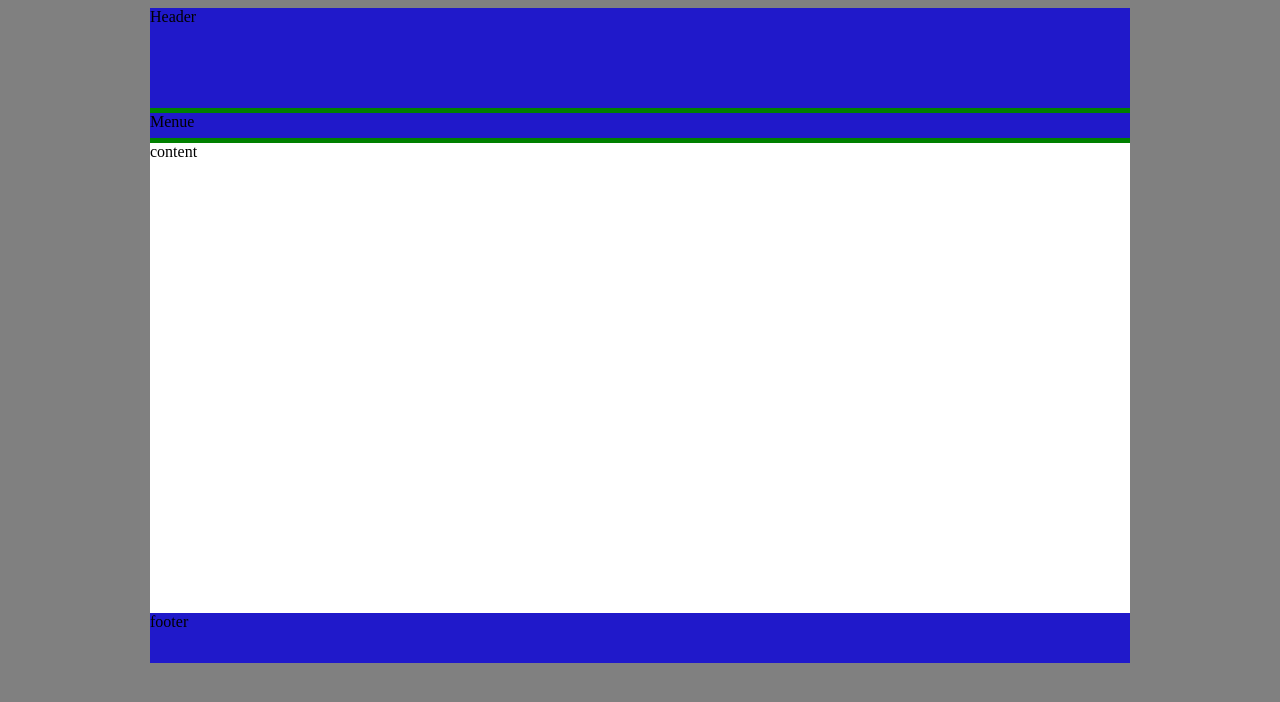
Repository: WebtechTeam7/RentMyStuff
Page: Code/Homepage_Test1/WebContent/META-INF/Index.html
An editor plug-in stored every save of this project. The page is shown before and after the next save, followed by the edit.
The browser window is 1280 px wide. The pictures show the whole page.

Above is the page before, as saved 2014-10-16 14:24:51.

### Code/Homepage_Test1/WebContent/META-INF/Index.html
<!DOCTYPE HTML PUBLIC "-//W3C//DTD HTML 4.01 Transitional//EN" "http://www.w3.org/TR/html4/loose.dtd">
<html>
<head>
<title>Verschenk's Konstanz</title>
<meta name="description"
	content="Die Homepage dient dazu Dinge in Konstanz zu verschenken">
<meta name="keywords" content="Konstanz Verschenken ">
<meta name="author" content="Dennis">
<meta charset="UTF-8">
<link rel="stylesheet" type="text/css" href="Mystyle.css">
</head>
<body>


	<div id="wrapper">
		<div id="header">Header</div>

		<div id="menue">Menue</div>

		<div id="content">content</div>
	</div>

	<div id="footer">footer</div>



</body>
</noframes>
</frameset>
</html>

### Code/Homepage_Test1/WebContent/META-INF/Mystyle.css
body{
	background-color: grey;
}
#wrapper{
 margin-left:auto;
 margin-right:auto;
 background-color:green;
 width:980px;
 height:600px;
}

#header{
 width:100%;
 height:100px;
 background-color:#2019CA;
 margin-bottom: 5px;
 }

#menue{
 width:100%;;
 height:25px;
 background-color:#2019CA;
 margin-bottom: 5px;
 }

#content{
 width:100%;
 height:500px;
 background-color: white;
 }

 #footer{
 width:980px;
 height:50px;
 background-color:#2019CA;
 margin-left:auto;
 margin-right:auto;
 margin-top: 5px;

 }

After the next save:
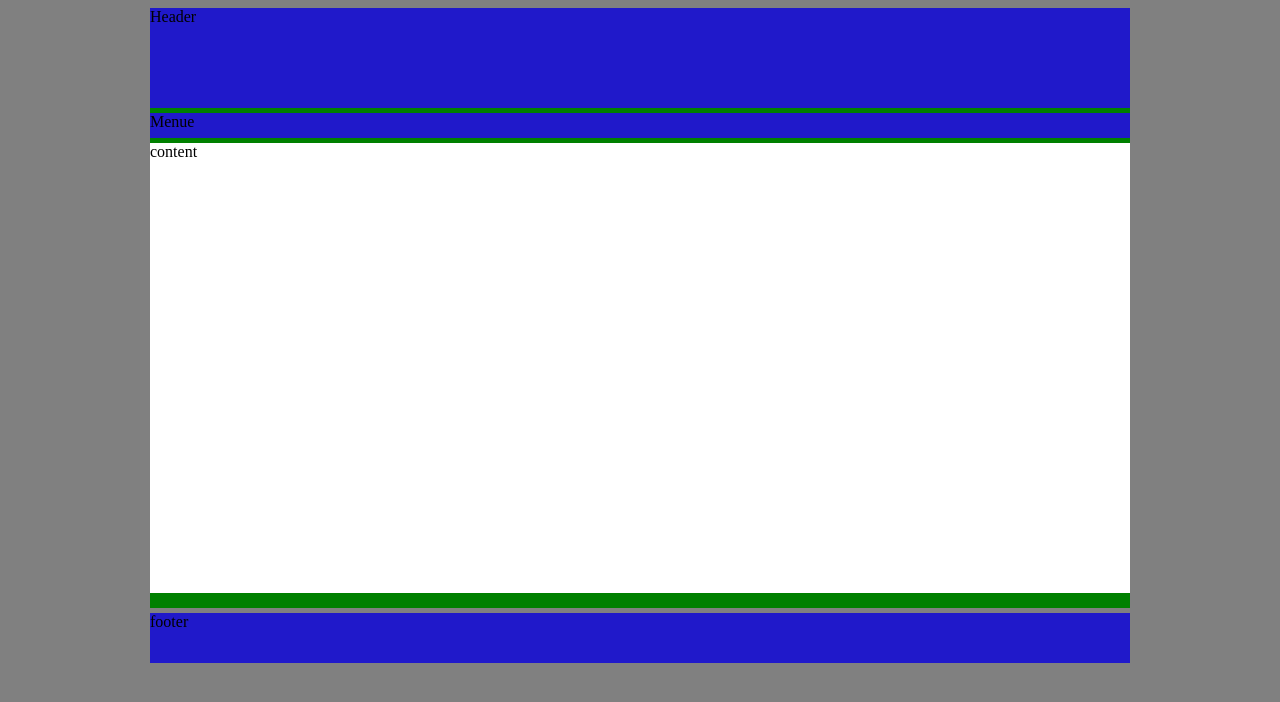
Saved 18 s later.
--- a/Code/Homepage_Test1/WebContent/META-INF/Mystyle.css
+++ b/Code/Homepage_Test1/WebContent/META-INF/Mystyle.css
@@ -25,7 +25,7 @@ body{
 
 #content{
  width:100%;
- height:500px;
+ height:450px;
  background-color: white;
  }
 
